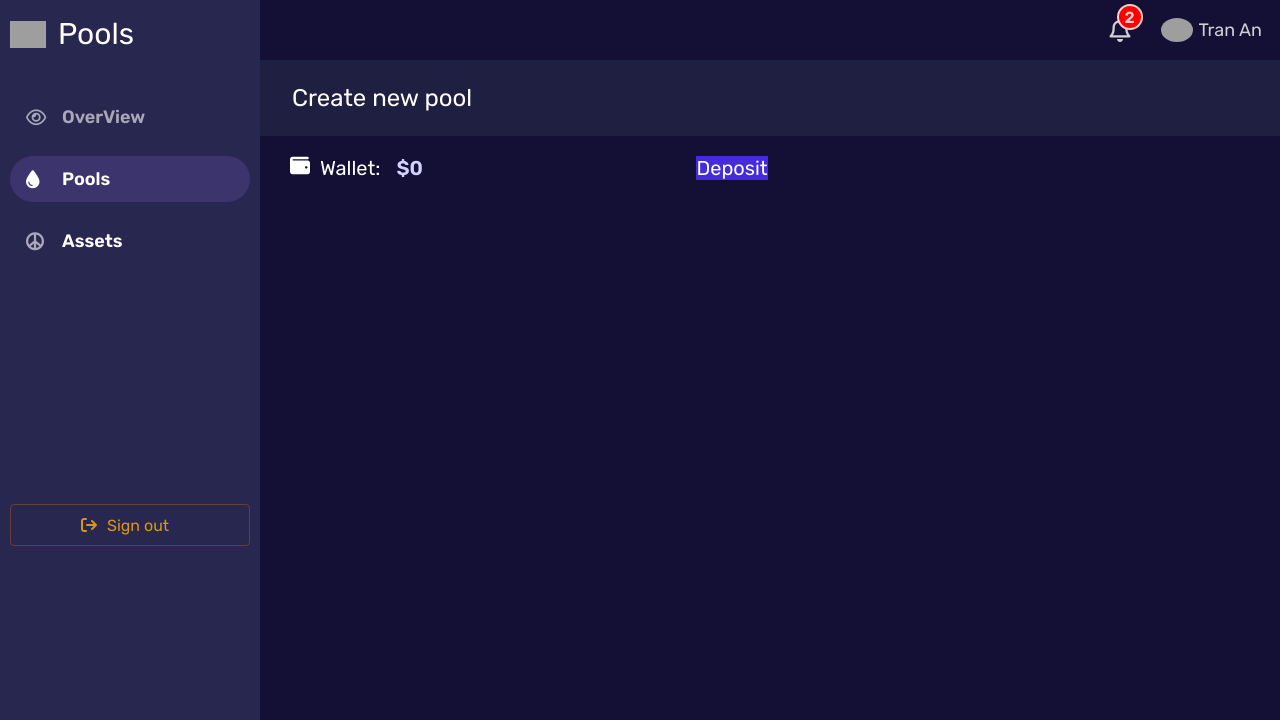
Repository: quynh232000/pools
Page: pool/create-pool.html
The author's editor kept a copy of each file at every save. The page is drawn from the files as they stood at one save, then again after the next save.
The browser window is 1280 px wide. The pictures show the whole page.
Pictures or frames that could not be fetched are drawn as grey boxes.

Above is the page before, as saved 2023-07-14 00:21:03.

After the next save:
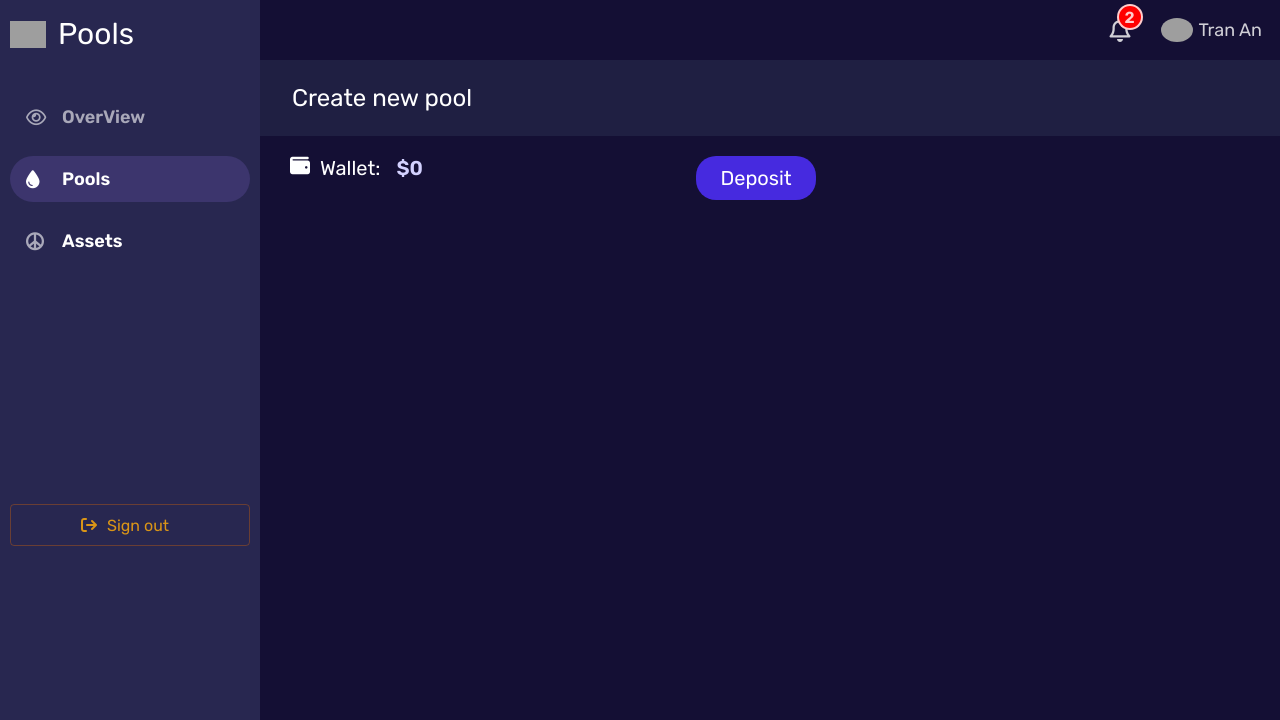
Saved 11 s later.
--- a/src/css/create-pool.css
+++ b/src/css/create-pool.css
@@ -19,4 +19,6 @@
 }
 .create-btn{
     background-color: rgb(70, 42, 223);
+    padding: 10px 24px;
+    border-radius: 20px;
 }
